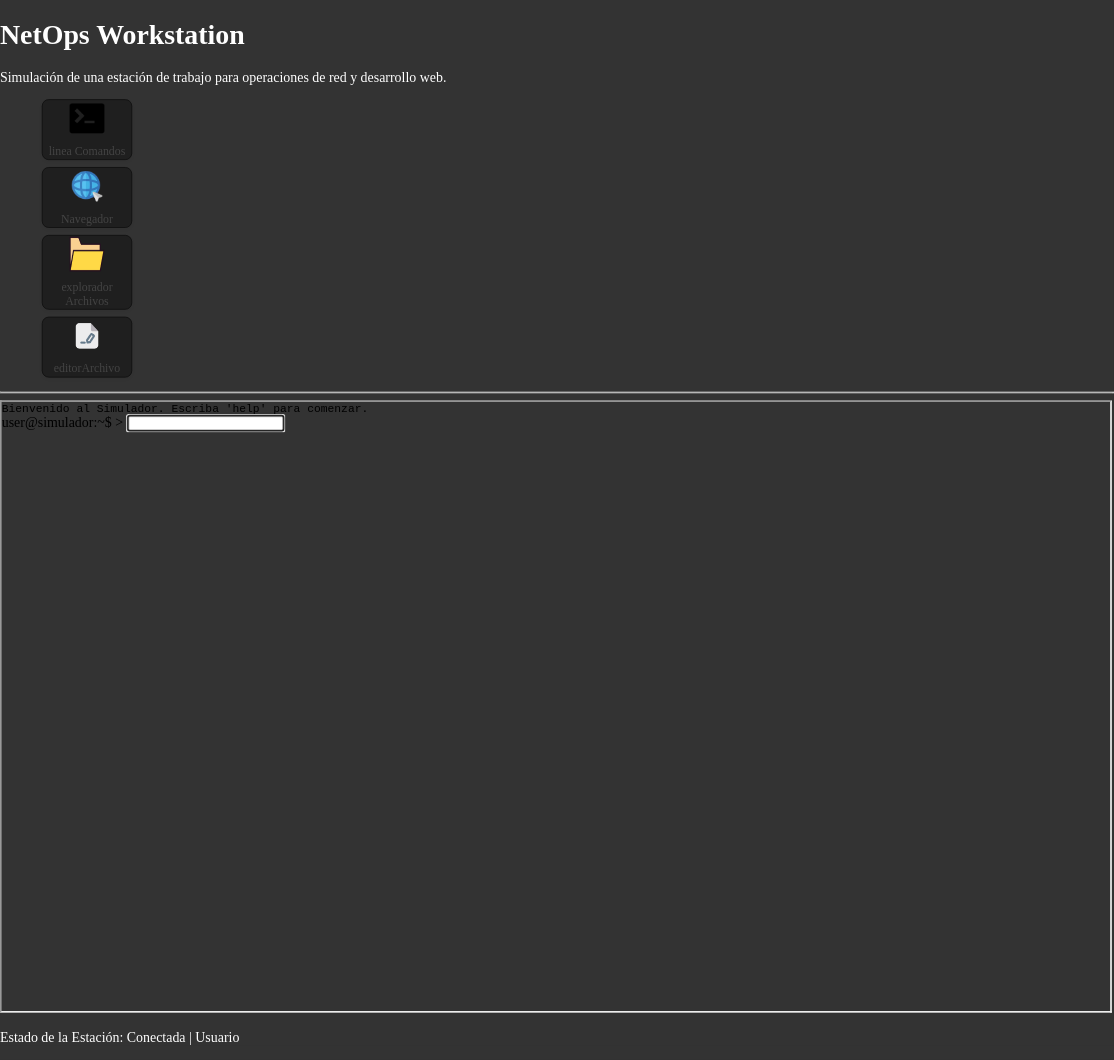
Repository: ValdezGalia/ProgramacionWebUcab
Page: lan-01.html
The author's editor kept a copy of each file at every save. The page is drawn from the files as they stood at one save, then again after a run of saves.
The browser window is 1280 px wide. The pictures show the whole page, at 87% of full size.

Above is the page before, as saved 2025-11-13 16:39:34.

After the next 2 saves:
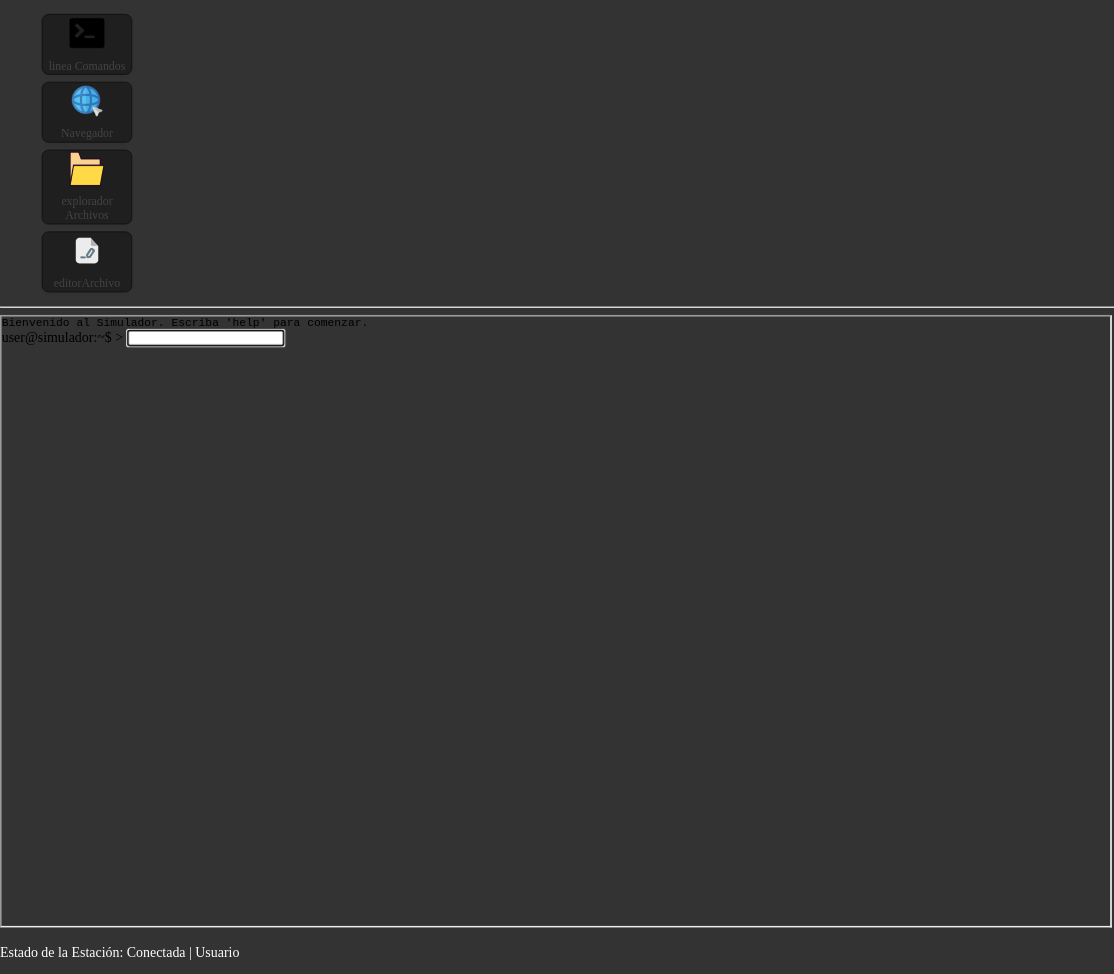
The 2 saves are shown as one change because they came seconds apart.
The last was saved 25 s later.
--- a/lan-01.html
+++ b/lan-01.html
@@ -10,12 +10,6 @@
 </head>
 
 <body>
-
-    <header>
-        <h1>NetOps Workstation</h1>
-        <p>Simulación de una estación de trabajo para operaciones de red y desarrollo web.</p>
-    </header>
-
     <main id="workstation-container">
 
         <nav id="app-navigation" aria-label="Aplicaciones de la estación de trabajo">
